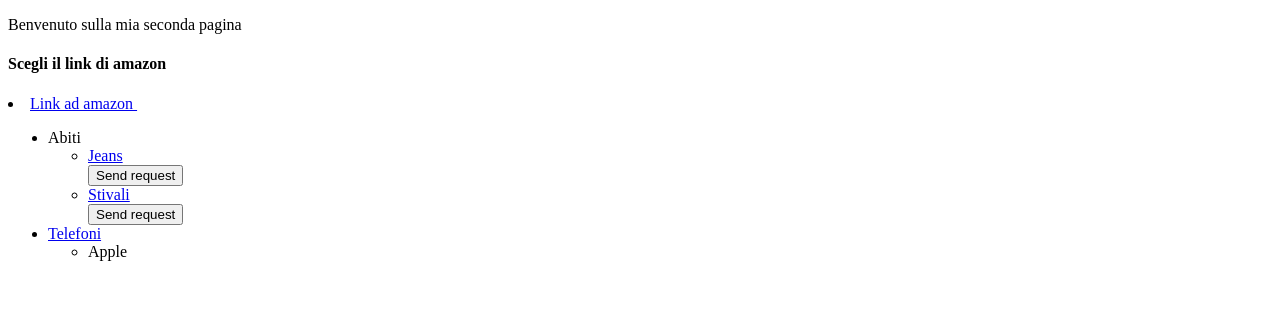
Repository: AndreaGuastaferro/Repository_Andrea_Guastaferro_Front
Page: cartella_html/NUOVO_HTML/Secondo_File.html
These files come from the project's save history. The page is drawn as it stood at one moment and after the next save; the edit follows.
The browser window is 1280 px wide. The pictures show the whole page.

Above is the page before, as saved 2018-10-22 09:12:50.

After the next save:
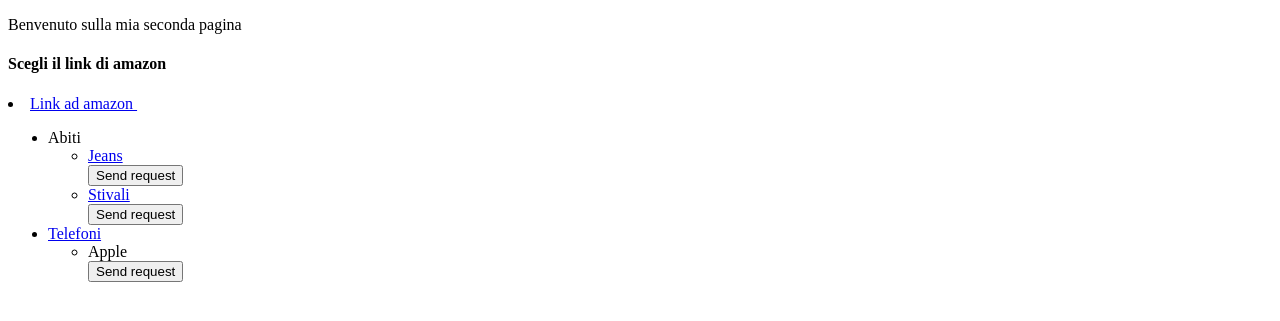
Saved 26 s later.
--- a/cartella_html/NUOVO_HTML/Secondo_File.html
+++ b/cartella_html/NUOVO_HTML/Secondo_File.html
@@ -20,7 +20,7 @@
 					<li><a href= " https://www.amazon.it/telefonia-mobile/b/ref=sd_allcat_tele?ie=UTF8&node=435507031"></</a>Telefoni</li>
 						<ul>
 							<li> <a href=" https://www.amazon.it/s/ref=lp_435507031_nr_p_89_3?fst=as%3Aoff&rh=n%3A412609031%2Cn%3A%21435499031%2Cn%3A%21435501031%2Cn%3A435507031%2Cp_89%3AApple&bbn=435507031&ie=UTF8&qid=1540199277&rnid=1688663031"></a>Apple</li>
-
+							<input type="submit" value="Send request">
 						</ul>
 				</ul>
 
